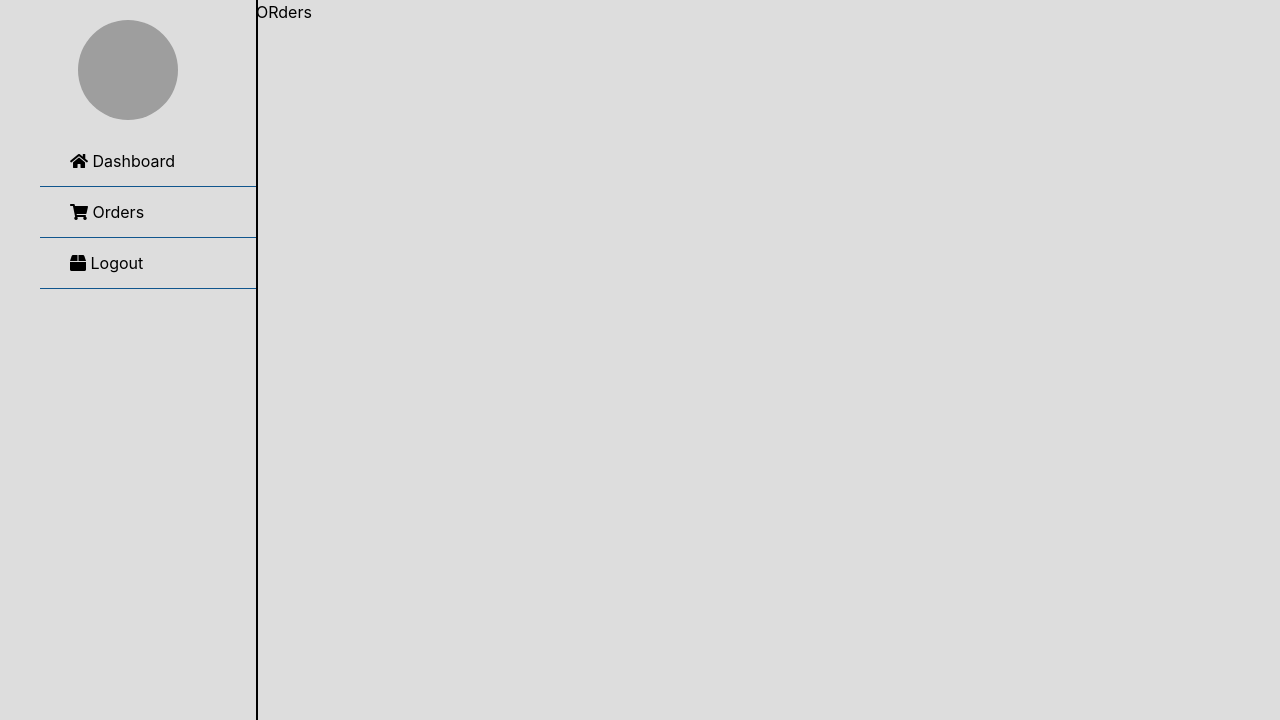
Repository: cjaymoni/FE_Submission02
Page: http://localhost/orders
The author's editor kept a copy of each file at every save. The page is drawn from the files as they stood at one save, then again after the next save.
The browser window is 1280 px wide. The pictures show the whole page.
Pictures or frames that could not be fetched are drawn as grey boxes. Some web libraries are served in a nearby version. The page is run by PHP 8.4 with error messages shown; the project is at /var/www/html/.

Above is the page before, as saved 2022-09-29 14:49:00.

After the next save:
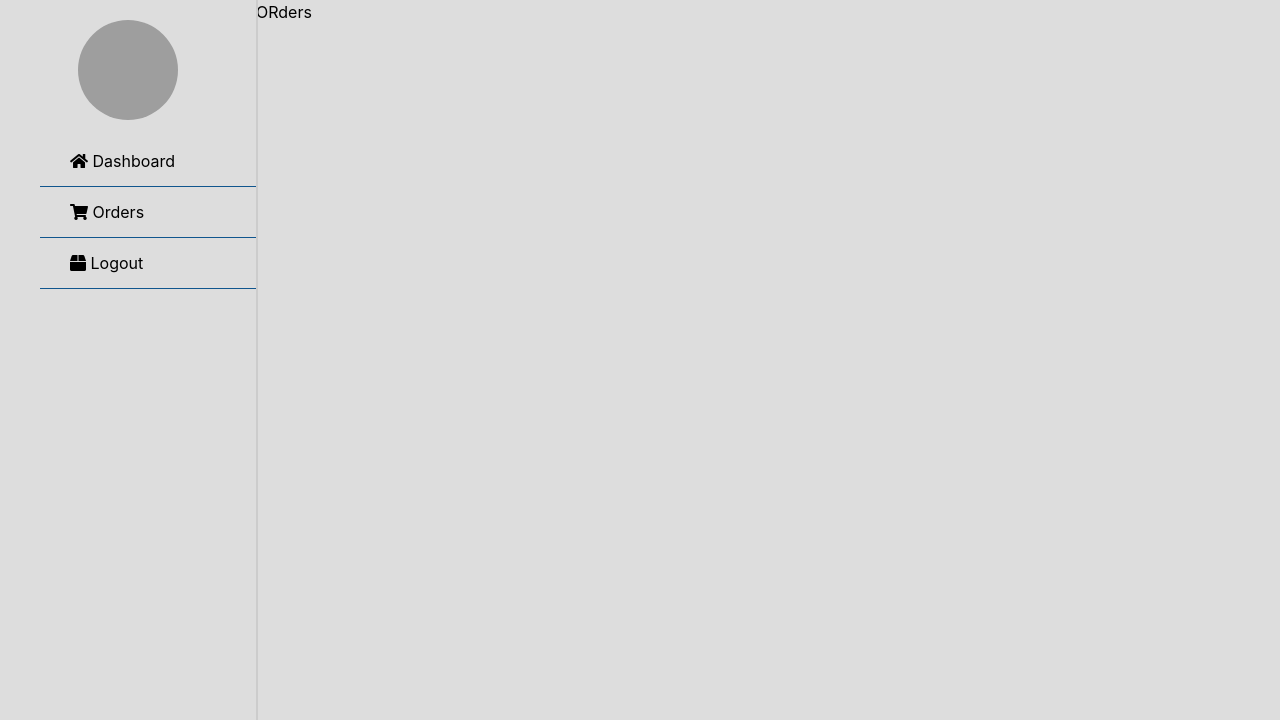
Saved 30 s later.
--- a/css/styles.css
+++ b/css/styles.css
@@ -109,7 +109,7 @@ input[type=password] {
     height: 100%;
     padding: 20px 0;
     transition: all 0.5s ease;
-    border-right: 2px solid black;
+    border-right: 2px solid #ccc;
 
 }
 
